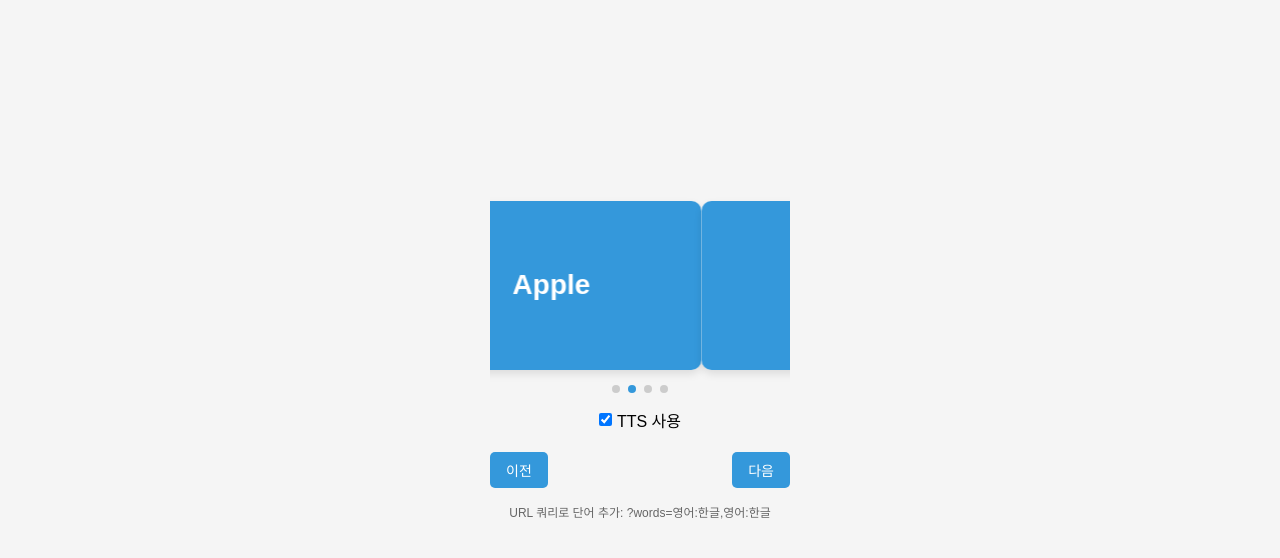
Repository: dandacompany/dandacompany.github.io
Page: index.html
An editor plug-in stored every save of this project. The page is shown before and after the next save, followed by the edit.
The browser window is 1280 px wide. The pictures show the whole page.

Above is the page before, as saved 2025-03-19 17:41:17.

### index.html
<!DOCTYPE html>
<html lang="ko">
<head>
    <meta charset="UTF-8">
    <meta name="viewport" content="width=device-width, initial-scale=1.0">
    <title>영어 단어 카드 슬라이더</title>
    <style>
        * {
            margin: 0;
            padding: 0;
            box-sizing: border-box;
        }

        body {
            display: flex;
            justify-content: center;
            align-items: center;
            min-height: 100vh;
            background-color: #f5f5f5;
            font-family: 'Arial', sans-serif;
        }

        .card-slider-container {
            width: 300px;
            position: relative;
            overflow: hidden;
            padding: 20px 0;
        }

        .card-slider {
            display: flex;
            transition: transform 0.5s ease;
        }

        .card {
            width: 300px;
            height: 169px; /* 16:9 비율 */
            perspective: 1000px;
            cursor: pointer;
            flex-shrink: 0;
        }

        .card-inner {
            position: relative;
            width: 100%;
            height: 100%;
            text-align: center;
            transition: transform 0.6s;
            transform-style: preserve-3d;
            box-shadow: 0 4px 8px rgba(0, 0, 0, 0.1);
            border-radius: 10px;
        }

        .card.flipped .card-inner {
            transform: rotateY(180deg);
        }

        .card-front, .card-back {
            position: absolute;
            width: 100%;
            height: 100%;
            backface-visibility: hidden;
            display: flex;
            justify-content: center;
            align-items: center;
            border-radius: 10px;
            padding: 15px;
        }

        .card-front {
            background-color: #3498db;
            color: white;
            font-size: 28px;
            font-weight: bold;
        }

        .card-back {
            background-color: #2ecc71;
            color: white;
            transform: rotateY(180deg);
            font-size: 24px;
        }

        .controls {
            display: flex;
            justify-content: space-between;
            margin-top: 20px;
        }

        button {
            padding: 8px 16px;
            background-color: #3498db;
            color: white;
            border: none;
            border-radius: 5px;
            cursor: pointer;
            font-size: 14px;
        }

        button:hover {
            background-color: #2980b9;
        }

        .card-indicator {
            display: flex;
            justify-content: center;
            margin-top: 15px;
            gap: 8px;
        }

        .indicator-dot {
            width: 8px;
            height: 8px;
            border-radius: 50%;
            background-color: #ccc;
            cursor: pointer;
        }

        .indicator-dot.active {
            background-color: #3498db;
        }

        .tts-controls {
            display: flex;
            justify-content: center;
            margin-top: 15px;
            gap: 10px;
        }

        .tts-toggle {
            display: flex;
            align-items: center;
            gap: 5px;
        }

        .tts-toggle input {
            margin: 0;
        }

        .info-text {
            text-align: center;
            margin-top: 15px;
            font-size: 12px;
            color: #666;
        }
    </style>
</head>
<body>
    <div class="card-slider-container">
        <div class="card-slider" id="cardSlider">
            <!-- 카드들은 JavaScript로 동적 생성됩니다 -->
        </div>
        <div class="card-indicator" id="cardIndicator">
            <!-- 인디케이터는 JavaScript로 동적 생성됩니다 -->
        </div>
        <div class="tts-controls">
            <div class="tts-toggle">
                <input type="checkbox" id="ttsToggle" checked>
                <label for="ttsToggle">TTS 사용</label>
            </div>
        </div>
        <div class="controls">
            <button id="prevBtn">이전</button>
            <button id="nextBtn">다음</button>
        </div>
        <div class="info-text">
            URL 쿼리로 단어 추가: ?words=영어:한글,영어:한글
        </div>
    </div>

    <script>
        // 기본 단어 데이터
        let defaultWordData = [
            { english: "Apple", korean: "사과" },
            { english: "Book", korean: "책" },
            { english: "Cat", korean: "고양이" },
            { english: "Dog", korean: "개" }
        ];

        // URL에서 쿼리 스트링 파싱
        function getQueryWords() {
            const urlParams = new URLSearchParams(window.location.search);
            const wordsParam = urlParams.get('words');

            if (!wordsParam) return defaultWordData;

            try {
                const wordPairs = wordsParam.split(',');
                const parsedWords = wordPairs.map(pair => {
                    const [english, korean] = pair.split(':');
                    if (!english || !korean) throw new Error('잘못된 형식');
                    return {
                        english: decodeURIComponent(english.trim()),
                        korean: decodeURIComponent(korean.trim())
                    };
                });

                return parsedWords.length > 0 ? parsedWords : defaultWordData;
            } catch (error) {
                console.error('쿼리 파싱 오류:', error);
                return defaultWordData;
            }
        }

        // 단어 데이터 가져오기
        const wordData = getQueryWords();

        const cardSlider = document.getElementById('cardSlider');
        const cardIndicator = document.getElementById('cardIndicator');
        const prevBtn = document.getElementById('prevBtn');
        const nextBtn = document.getElementById('nextBtn');
        const ttsToggle = document.getElementById('ttsToggle');

        // TTS 기능 확인
        const synth = window.speechSynthesis;
        let voices = [];

        // 음성 목록 가져오기
        function loadVoices() {
            voices = synth.getVoices();
        }

        // 음성 목록이 변경될 때 이벤트
        if (synth.onvoiceschanged !== undefined) {
            synth.onvoiceschanged = loadVoices;
        }

        // 초기 음성 목록 로드
        loadVoices();

        // 텍스트를 음성으로 변환하는 함수
        function speakText(text) {
            if (!ttsToggle.checked) return;

            // 이미 말하고 있다면 중지
            synth.cancel();

            const utterance = new SpeechSynthesisUtterance(text);

            // 영어 음성 찾기
            setTimeout(() => {
                voices = synth.getVoices();
                let englishVoice = voices.find(voice => voice.lang.includes('en'));
                if (englishVoice) {
                    utterance.voice = englishVoice;
                }

                utterance.lang = 'en-US';
                utterance.rate = 0.9;
                utterance.pitch = 1;

                synth.speak(utterance);
            }, 100);
        }

        // 카드 생성 함수
        function createCards() {
            // 기존 카드와 인디케이터 제거
            cardSlider.innerHTML = '';
            cardIndicator.innerHTML = '';

            // 새 카드 생성
            wordData.forEach((word, index) => {
                const card = document.createElement('div');
                card.className = 'card';
                card.innerHTML = `
                    <div class="card-inner">
                        <div class="card-front">
                            ${word.english}
                        </div>
                        <div class="card-back">
                            ${word.korean}
                        </div>
                    </div>
                `;

                // 카드 클릭 이벤트
                card.addEventListener('click', function() {
                    this.classList.add('flipped');

                    // 1.5초 후 카드 원래대로
                    setTimeout(() => {
                        this.classList.remove('flipped');
                    }, 1500);
                });

                cardSlider.appendChild(card);

                // 인디케이터 생성
                const dot = document.createElement('div');
                dot.className = 'indicator-dot';
                if (index === 0) dot.classList.add('active');

                dot.addEventListener('click', () => {
                    position = index;
                    updateSliderPosition();
                    updateIndicators();
                    speakCurrentWord();
                });

                cardIndicator.appendChild(dot);
            });
        }

        // 카드 생성 실행
        createCards();

        // 슬라이더 관련 변수
        let position = 0;
        const cardWidth = 300; // 카드 너비

        // 현재 단어 읽기
        function speakCurrentWord() {
            if (wordData.length > 0) {
                const currentWord = wordData[position].english;
                speakText(currentWord);
            }
        }

        // 첫 단어 읽기
        setTimeout(() => {
            speakCurrentWord();
        }, 1000);

        // 자동 슬라이드 함수
        function autoSlide() {
            if (wordData.length > 0) {
                position = (position + 1) % wordData.length;
                updateSliderPosition();
                updateIndicators();
                speakCurrentWord();
            }
        }

        // 슬라이더 위치 업데이트
        function updateSliderPosition() {
            cardSlider.style.transform = `translateX(${-position * cardWidth}px)`;
        }

        // 인디케이터 업데이트
        function updateIndicators() {
            const dots = document.querySelectorAll('.indicator-dot');
            dots.forEach((dot, index) => {
                if (index === position) {
                    dot.classList.add('active');
                } else {
                    dot.classList.remove('active');
                }
            });
        }

        // 이전 버튼 클릭
        prevBtn.addEventListener('click', () => {
            if (wordData.length > 0) {
                position = (position - 1 + wordData.length) % wordData.length;
                updateSliderPosition();
                updateIndicators();
                speakCurrentWord();
            }
        });

        // 다음 버튼 클릭
        nextBtn.addEventListener('click', () => {
            if (wordData.length > 0) {
                position = (position + 1) % wordData.length;
                updateSliderPosition();
                updateIndicators();
                speakCurrentWord();
            }
        });

        // 자동 슬라이드 시작 (5초마다)
        let slideInterval = setInterval(autoSlide, 5000);

        // 사용자 상호작용 시 자동 슬라이드 일시 중지 및 재시작
        cardSlider.parentElement.addEventListener('mouseenter', () => {
            clearInterval(slideInterval);
        });

        cardSlider.parentElement.addEventListener('mouseleave', () => {
            slideInterval = setInterval(autoSlide, 5000);
        });

        // 키보드 이벤트 추가
        document.addEventListener('keydown', (e) => {
            if (e.key === 'ArrowLeft') {
                prevBtn.click();
            } else if (e.key === 'ArrowRight') {
                nextBtn.click();
            }
        });
    </script>
</body>
</html>

After the next save:
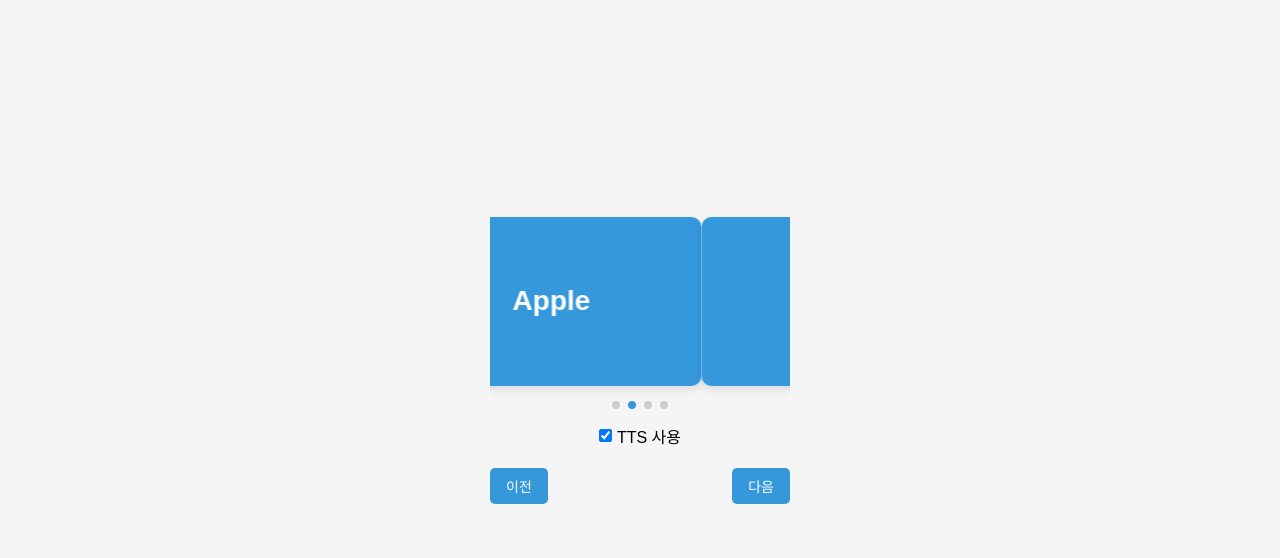
Saved 2 min 36 s later.
--- a/index.html
+++ b/index.html
@@ -163,9 +163,6 @@
             <button id="prevBtn">이전</button>
             <button id="nextBtn">다음</button>
         </div>
-        <div class="info-text">
-            URL 쿼리로 단어 추가: ?words=영어:한글,영어:한글
-        </div>
     </div>
 
     <script>
